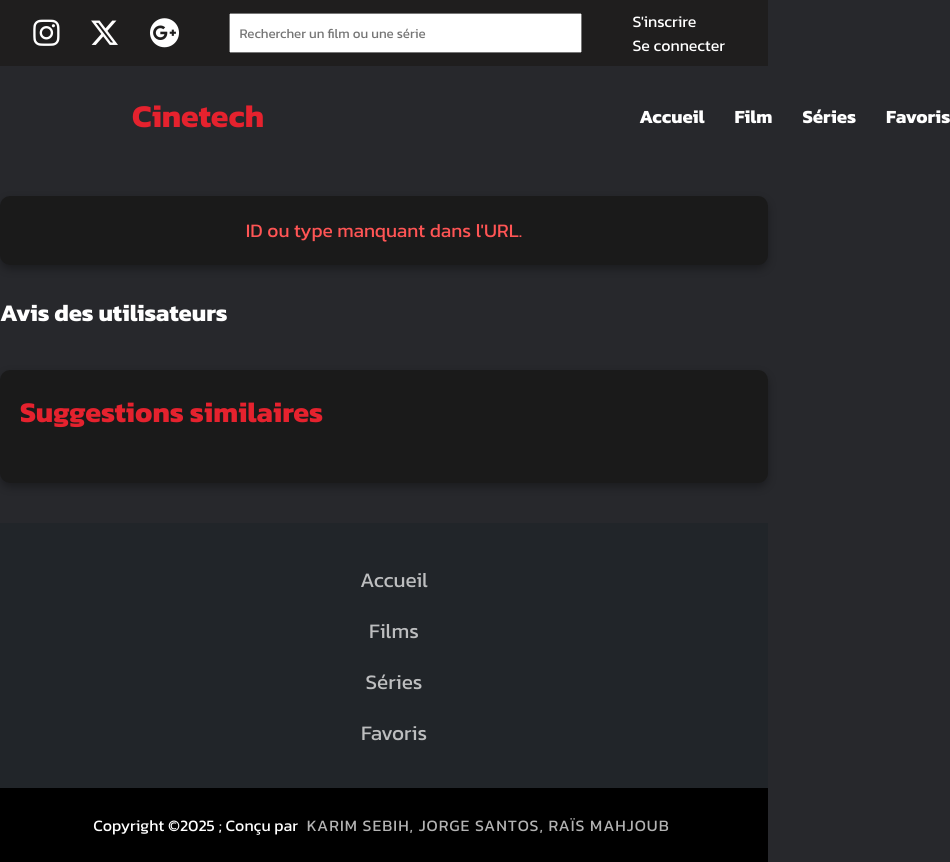
Repository: karim-sebih/cinetech
Page: pages/detail.html
The author's editor kept a copy of each file at every save. The page is drawn from the files as they stood at one save, then again after a run of saves.
The browser window is 768 px wide. The page is 950 px wide, so the pictures cover 950 px, including what lies to the right of the window. The pictures show the whole page.
Some web libraries are served in a nearby version.

Above is the page before, as saved 2025-04-25 11:43:24.

After the next 7 saves:
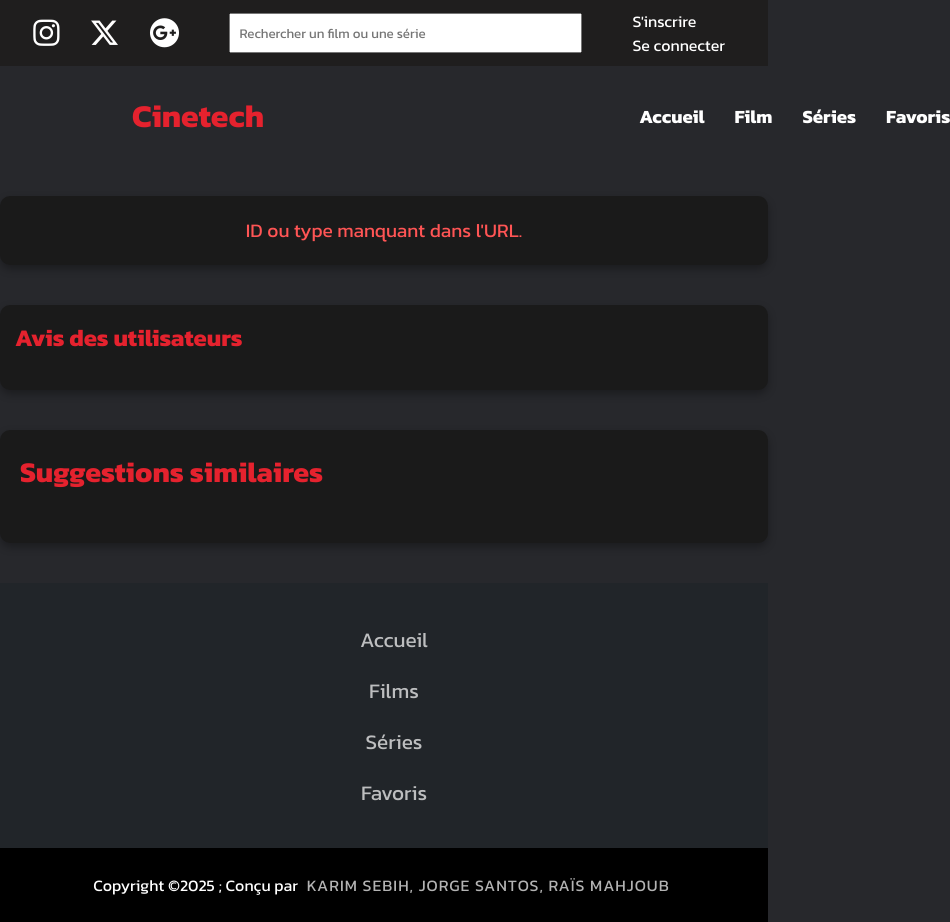
The 7 saves are shown as one change because they came seconds apart.
The last was saved 39 s later.
--- a/styles/detail.css
+++ b/styles/detail.css
@@ -400,8 +400,98 @@ h1 {
   z-index: 1; /* Ensure the empty part is below the filled part */
 }
 
-
-
+/* Commentaire */
+/* Ajouter ces styles à la fin de detail.css */
+
+/* Conteneur des commentaires */
+.commentaire {
+  max-width: 1200px;
+  margin: 40px auto;
+  padding: 20px;
+  background-color: #1a1a1a;
+  border-radius: 10px;
+  box-shadow: 0 4px 8px rgba(0, 0, 0, 0.3);
+}
+
+.commentaire h2 {
+  font-size: 1.8em;
+  color: #e5222e;
+  margin-bottom: 20px;
+}
+
+/* Liste des avis */
+.reviews-list {
+  display: flex;
+  flex-direction: column;
+  gap: 20px;
+}
+
+/* Élément individuel d'avis */
+.review-item {
+  background-color: #2a2a2a;
+  padding: 15px;
+  border-radius: 8px;
+  color: white;
+}
+
+.review-header {
+  display: flex;
+  justify-content: space-between;
+  align-items: center;
+  margin-bottom: 10px;
+}
+
+.review-header h3 {
+  font-size: 1.2em;
+  color: #e5222e;
+}
+
+.review-rating {
+  font-size: 0.9em;
+  color: #bbb;
+}
+
+.review-date {
+  font-size: 0.9em;
+  color: #bbb;
+}
+
+.review-content {
+  font-size: 1em;
+  line-height: 1.5;
+  color: #ddd;
+}
+
+/* Message pour aucun avis */
+.no-reviews {
+  font-size: 1em;
+  color: #bbb;
+  text-align: center;
+}
+
+/* Responsivité */
+@media (max-width: 768px) {
+  .commentaire {
+    padding: 15px;
+  }
+
+  .commentaire h2 {
+    font-size: 1.5em;
+  }
+
+  .review-header h3 {
+    font-size: 1em;
+  }
+
+  .review-rating,
+  .review-date {
+    font-size: 0.8em;
+  }
+
+  .review-content {
+    font-size: 0.9em;
+  }
+}
 
 
 
